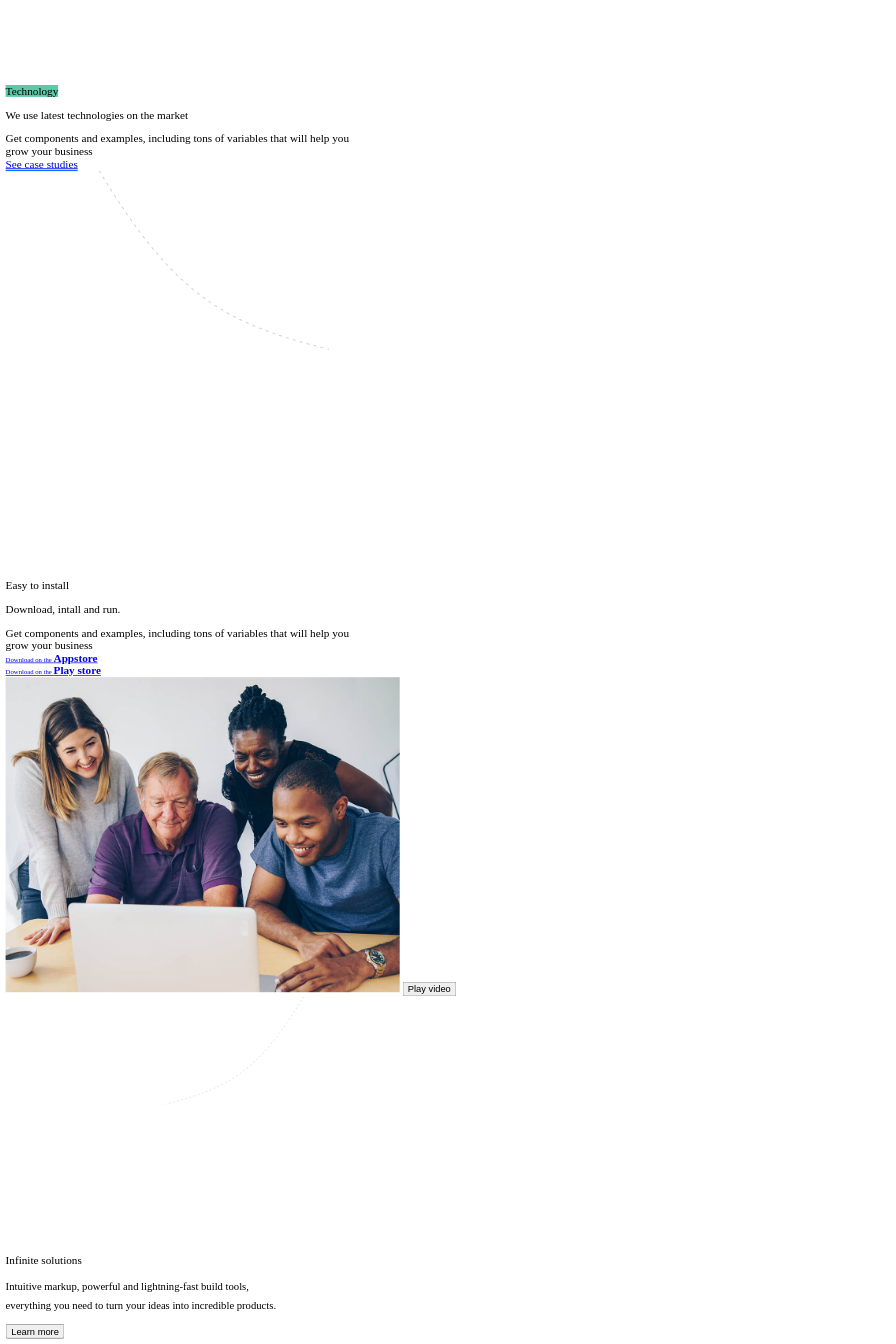
Repository: brandonc16/odoo-task
Page: components/hero.html
The author's editor kept a copy of each file at every save. The page is drawn from the files as they stood at one save, then again after the next save.
The browser window is 1280 px wide. The pictures show the part of the page from y = 3769 to 5689 px (the page is 5689 px tall before and 5619 px after), at 70% of full size.

Above is the page before, as saved 2026-03-16 06:08:44.

After the next save:
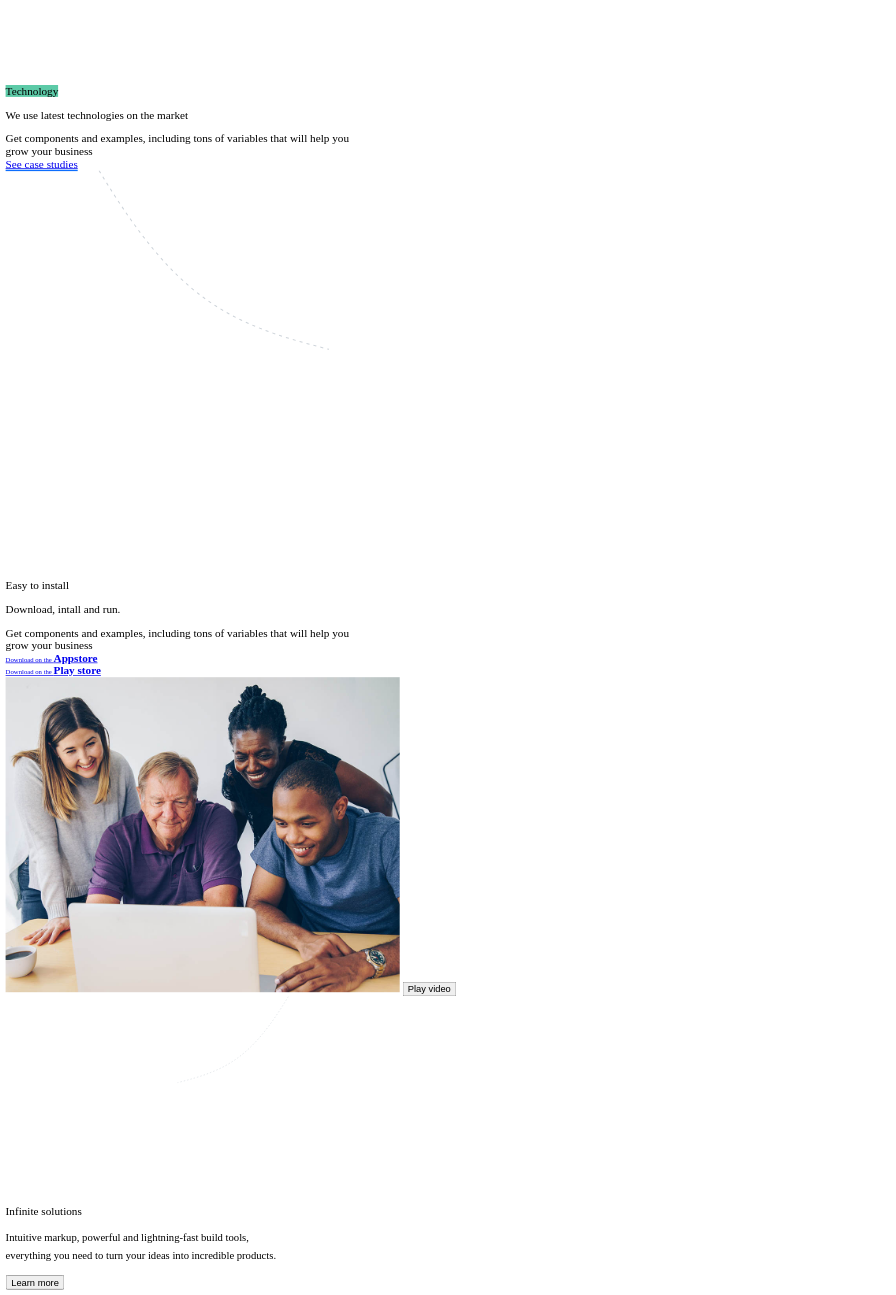
Saved 11 s later.
--- a/components/hero.html
+++ b/components/hero.html
@@ -611,7 +611,7 @@
     z-index: 0;
     pointer-events: none;
     width: 50%;
-    height: 50%;
+    height: 40%;
     transform: scaleX(-1);
   "
   viewBox="0 0 500 800"
